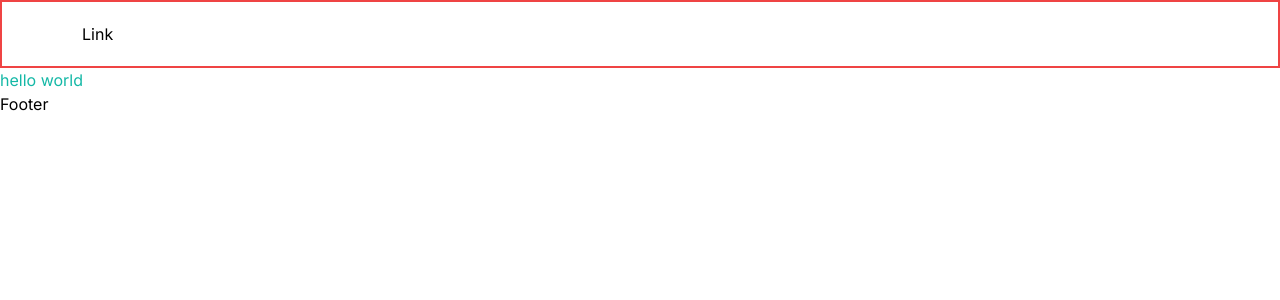
Repository: tarun4141/travel-app
Page: /
An editor plug-in stored every save of this project. The page is shown before and after a run of saves, followed by the edit.
The browser window is 1280 px wide. The pictures show the whole page.
The project was rebuilt for these pictures with package versions that can differ from the ones it lists, and the page was loaded fresh each time. The framework's server and built-in components were replaced by stand-ins that run in the browser. Also part of the build but not shown: next.config.mjs.

Above is the page before, as saved 2024-06-23 01:20:58.

### app/layout.tsx
import type { Metadata } from "next";

import "./globals.css";
import Navbar from "@/components/Navbar";
import Footer from "@/components/Footer";



export const metadata: Metadata = {
  title: "Travel App",
  description: "Travel next app",
};

export default function RootLayout({
  children,
}: Readonly<{
  children: React.ReactNode;
}>) {
  return (
    <html lang="en">

      <body >

      <Navbar/>
      <main className="relative overflow-hidden">
      {children}

      </main>

      <Footer/>
      </body>
    </html>
  );
}

### app/page.tsx


export default function Home() {
  return (
   <h1 className="text-bold  text-teal-500">
    hello world

   </h1>
  );
}

### components/Navbar.tsx
import React from 'react'

const Navbar = () => {
  return (
   <nav className='border-2
   border-red-500
  flexBetween max-container
  padding-container
  relative z-30 py-5 '>
   Link

   </nav>
  )
}

export default Navbar

Loaded but not shown: app/globals.css (common file); components/Footer.tsx (common file); tailwind.config.ts (common file)

After the next 9 saves:
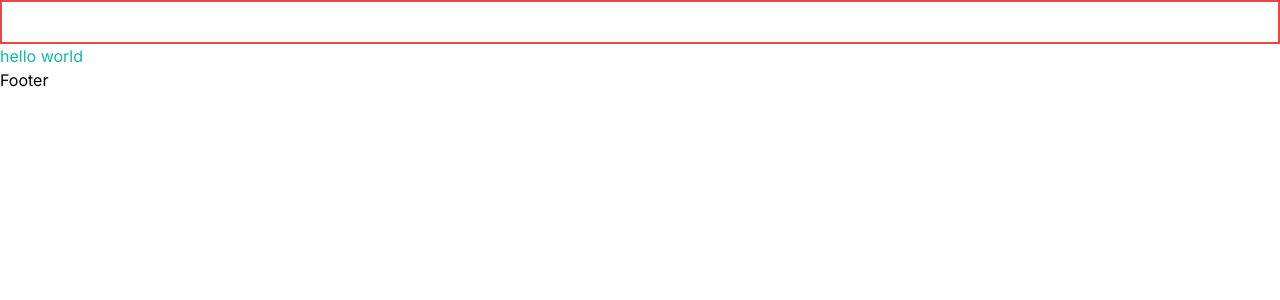
The 9 saves are shown as one change because they came seconds apart.
The last was saved 22 s later.
--- a/components/Navbar.tsx
+++ b/components/Navbar.tsx
@@ -1,3 +1,4 @@
+import Link from 'next/link'
 import React from 'react'
 
 const Navbar = () => {
@@ -7,7 +8,7 @@ const Navbar = () => {
   flexBetween max-container
   padding-container
   relative z-30 py-5 '>
-   Link
+   <Link/>
 
    </nav>
   )
